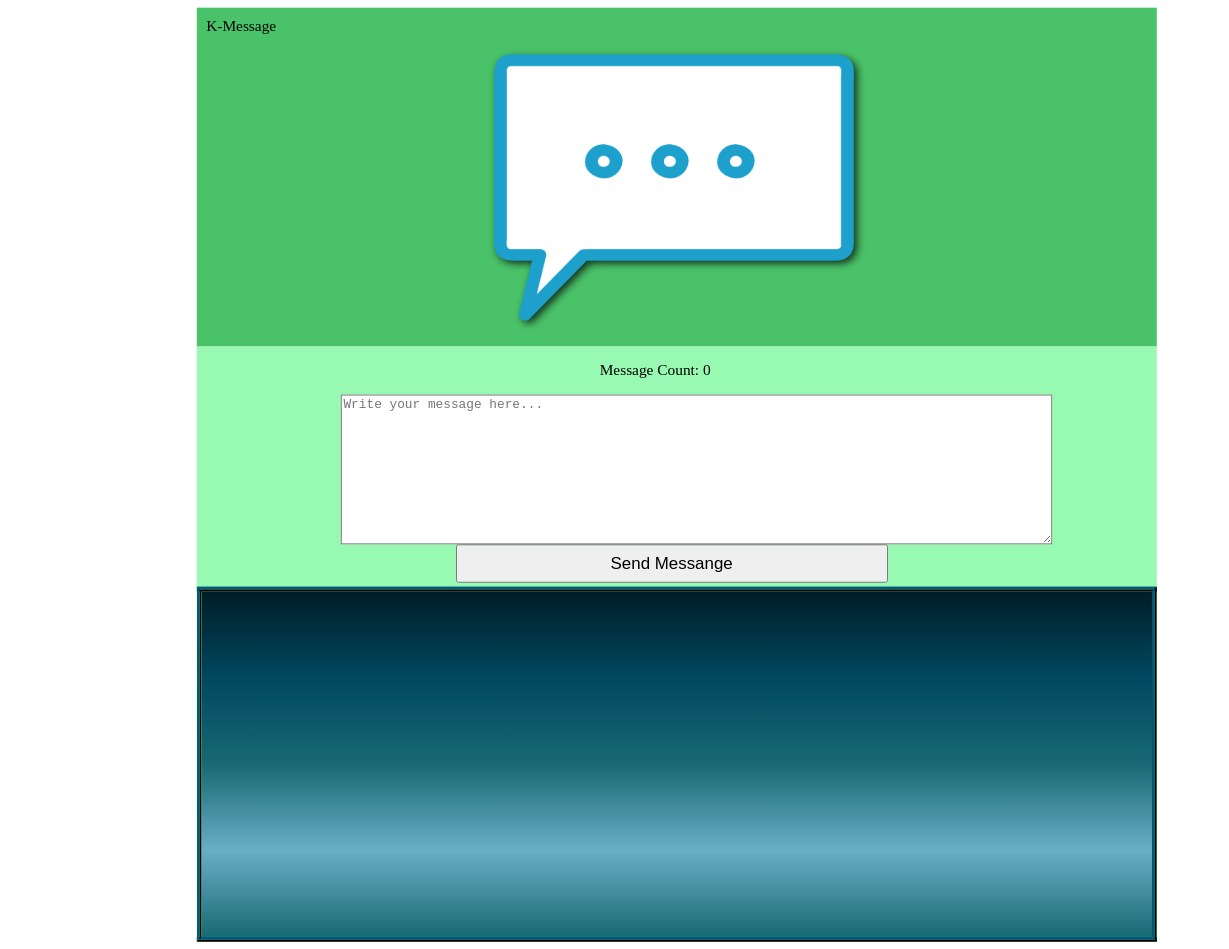
Repository: KevinUd2014/Kn222gn-laborations-Repo-1dv403
Page: 2-labbymezzage/Index.html
The author's editor kept a record of every edit. The page is drawn from the files as they stood at one moment, then again after the next edit.
The browser window is 1280 px wide. The pictures show the whole page, at 96% of full size.

Above is the page before.

### 2-labbymezzage/Index.html
<!DOCTYPE html>
<html lang="sv">
    <head>
            <link rel="stylesheet" href="CssMessage.css" type="text/css" />
            <meta charset="UTF-8" />
            <title>Labby Message</title>
            <link rel="stylesheet" type="text/css" href="CssMessage.css" />
    </head>

    <body>
        <header class="KevinMessage" id="Image">K-Message</header>

    <main>

            <div id="ram">
            <p id="numberOfMessages">Message Count: 0</p>

            <textarea id="textEntry" rows="10" cols="90" placeholder="Write your message here..."></textarea>

            <input id="sendButton" type="submit" value="Send Messange" />

            </div>
            </form>

            <div id="messagesSection">  <!--här i kommer sen komentarerna att sparas!-->
            </div>

    </main>
            <script type="text/javascript" src="Message.js"></script>
            <script type="text/javascript" src="MessageBoard.js"></script>
    </body>
</html>

### 2-labbymezzage/CssMessage.css
body
{
	width:1000px;
	margin-left:16%;
}
header
{
    background-color:#4AC269;
}
main
{
    background-color:#98FAB2;
}
.KevinMessage
{
    padding:10px 10px;
}


#Image
{
  background-image:url(Pics/Message.png);
  background-size:400px 300px;
  background-position:center 40px;
  background-repeat: no-repeat;
  text-align:left;
  height:333px;
}
#numberOfMessages
{
    float:left;
    margin-left:42%;
}
#ram{
    display: inline-block;
}
#textEntry
{
    float:left;
    background-color:white;
    margin-left:15%;
}

#sendButton
{
    width:45%;
    height:40px;
    font-size:110%;
    float:left;
    margin-left:27%;
}
#messagesSection
{
    overflow-y:scroll;
    min-height:200px;
    height:360px;
    border:ridge 5px #001D27;
    background:linear-gradient(#001D27,#004860, #186974, #69AEC5, #186974);
}
#messagesSection p
{
    word-break:break-all;
    margin-right:10%;
    margin-left:10%;
    min-height:50px;
    background-color:Darkblue;
}
input
{
}

  ::selection {
  color:#F7F7F7;
  background: #D0458E; /* Denna gör det kompatibelt med WebKit/Blink webläsare så som safari och google! */
  }
  ::-moz-selection {
  color:#F7F7F7;
  background: #D0458E; /* Denna gör koden kompatibell med Gecko webläsare alltså mozilla! */
  }

### 2-labbymezzage/Message.js
"use strict";


    function Message (message, date){

        this.getText = function(){
          return message;
        };

        this.setText = function(_text){
          message = _text;
        };
        this.getDate = function(){
            return date;
        };
        this.setDate = function(_date){
            date = _date;
        };
    }

    Message.prototype.toString = function(){
        return this.getText()+" ("+this.getDate()+")";
    };

    Message.prototype.getHTMLText = function(){
        return this.getText().replace(/[\n\r]/g, "<br/>");
    };

    Message.prototype.getDateText = function(){

    };

### 2-labbymezzage/MessageBoard.js
"use strict";


    var MessageBoard = {

    message: [], // skapar en array! message
    numberOfMessages: 0,// en funktion som ska hålla reda på hr många kommentarer de har skrivits!

    init:function()
    {
         var send = document.getElementById("sendButton"); //skapar här en ny variabel som ska ta omhand om när man trycker på skicka knappen
         send.onclick = MessageBoard.sendMessage;//när man nu trycker på skicka knappen så anropar denna funktionen send message som tar omhand om de skickade meddelnadet!
    },

    sendMessage: function() // skickade meddelande funktionen!
    {
        var entry = document.getElementById("textEntry").value; // skapar nu en ny variabel som innehåller allt som står i text entry rutan och ger detta ett värde med value!
        MessageBoard.message.push(new Message(entry, new Date()));// skapar här ett nytt message som innehåller entry variabeln och ett datum
        //alert(MessageBoard.message[MessageBoard.numberOfMessages]);
        MessageBoard.numberOfMessages++;// plussar här på antalet meddelanden
        document.getElementById("numberOfMessages").innerHTML = "Message Count: " + MessageBoard.numberOfMessages;// länkar här nummer av meddelanden till denna skriver samma text vilket kommer ändras i html documentet!
        var arrayList = MessageBoard.message.length -1; // skapar nu en array som ska innehålla alla meddelanden (vet inte riktigt vad -1 gör!)
        MessageBoard.RenderMessage(arrayList);// skickar nu listan till render message !
    },

    RenderMessage: function(entry)  // tar emot entry variablen
    {
        var textString = document.createElement("p");// skapar en ny variabel och ett element p!
        document.getElementById("messagesSection").innerHTML = textString + MessageBoard.messages[entry].getHTMLText() + textString;
        //textString.innerHTML = MessageBoard.messages[entry].getHTMLText(); //
        messagesSection.appendChild(textString); // får inte denna att funka!!!!
        var funcTion = document.getElementById("messagesSection");
        funcTion.scrollTop = funcTion.scrollHeight;
    }

};

    /*    var mess = new Message("TestMessage", new Date());
    //alert(mess);  // den här använder toString för utskrift
    console.log(mess.getText());
    //alert(mess.getText());  //Skriver enbart ut texten
    mess.setText("Other Text");
    //alert(mess); //Skriver ut meddelandet med ändrad text
    console.log(mess.getText());
    console.log(mess.getDate());
    MessageBoard.getMessages();*/

    /*getMessages: function(){
        MessageBoard.message.push(new Message("Testar om ", new Date()), new Message("allt går o skriva såhär", new Date()), new Message("Verkar gå bra!", new Date()));

        console.log(MessageBoard.message[0]);
        console.log(MessageBoard.message[2].getText());
    }*/


window.onload = MessageBoard.init;

After the next edit:
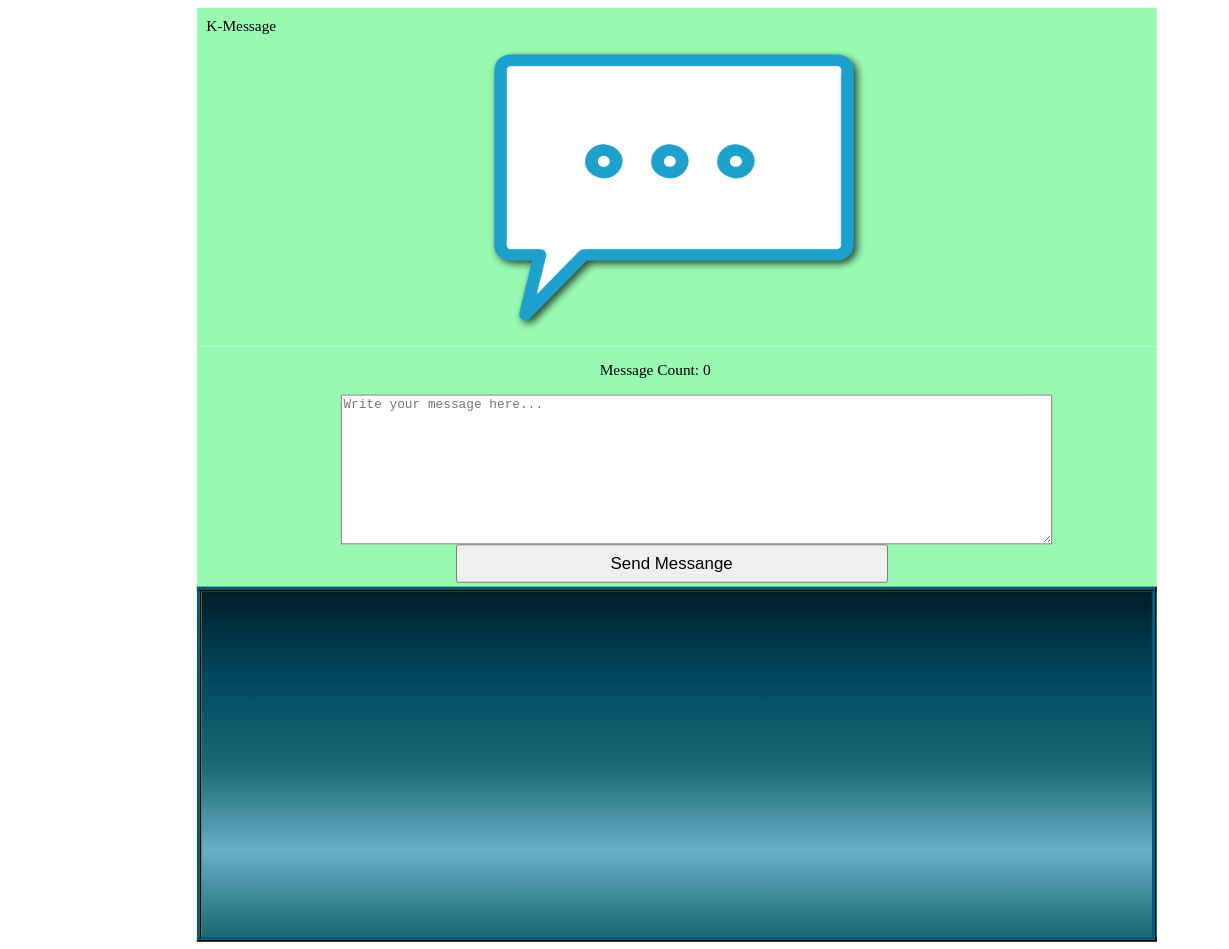
The edit:
--- a/2-labbymezzage/CssMessage.css
+++ b/2-labbymezzage/CssMessage.css
@@ -5,7 +5,7 @@
 }
 header
 {
-    background-color:#4AC269;
+    background-color:#98FAB2;
 }
 main
 {
